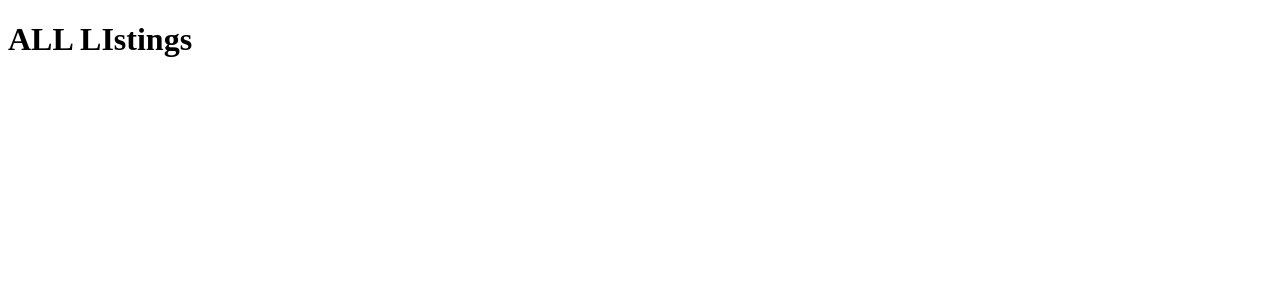
Repository: ShivamKumarlnct/major-project
Page: http://localhost/listings
An editor plug-in stored every save of this project. The page is shown before and after a run of saves, followed by the edit.
The browser window is 1280 px wide. The pictures show the whole page.
The page is served by the project's Node server (app.js). Queries for data that is not in the repository find no rows.

Above is the page before, as saved 2024-07-29 01:38:03.

After the next 2 saves:
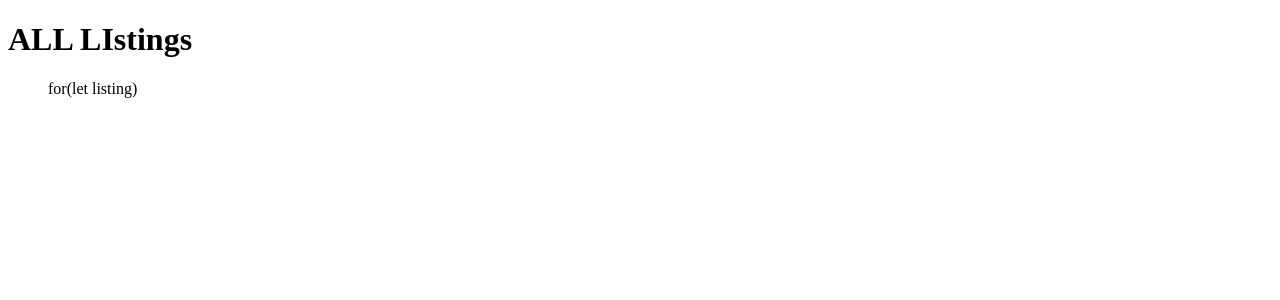
The 2 saves are shown as one change because they came seconds apart.
The last was saved 7 s later.
--- a/views/listing/index.ejs
+++ b/views/listing/index.ejs
@@ -11,5 +11,5 @@
 </body>
 </html>
 <ul>
-
+    for(let listing)
 </ul>
